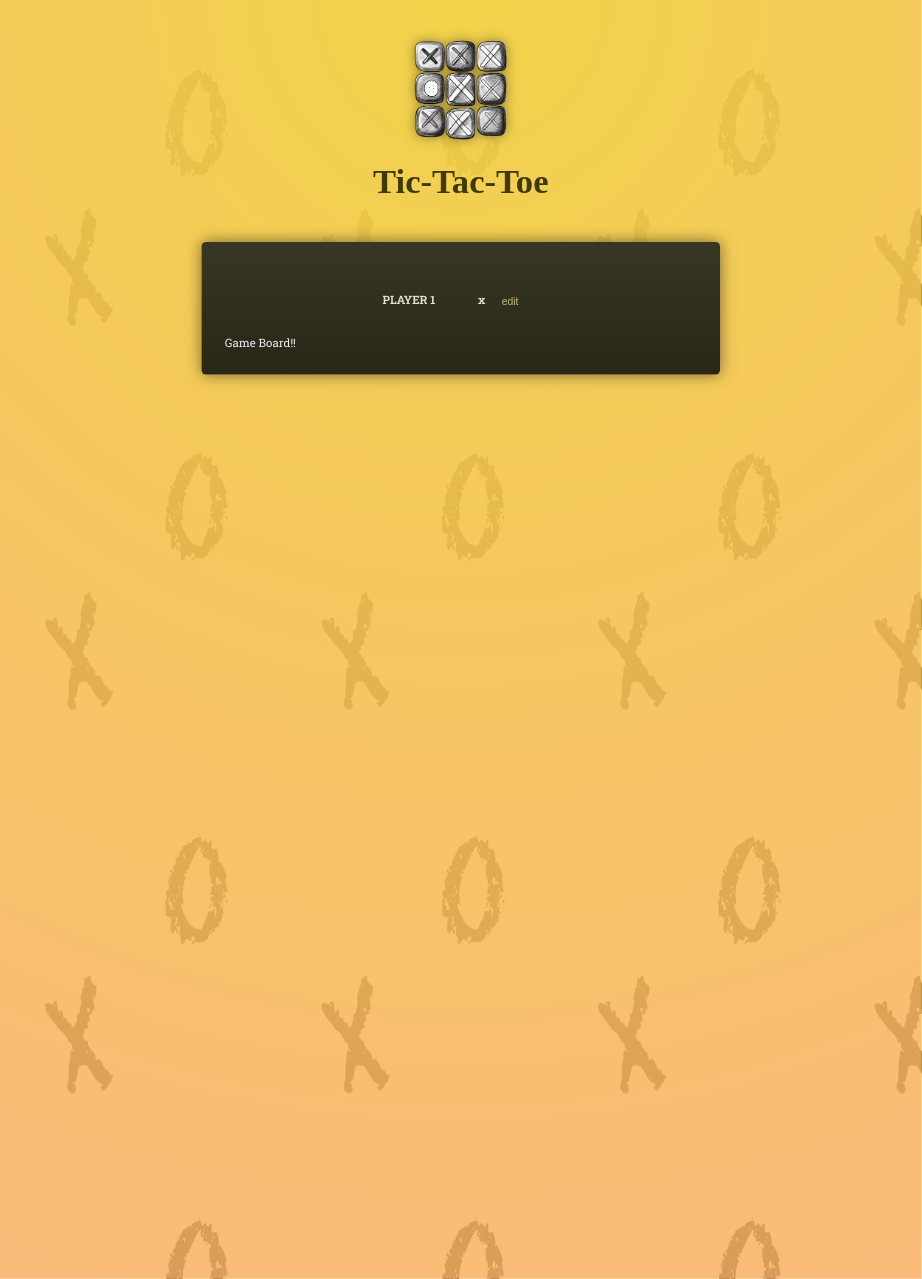
Repository: PrateekSahu9808/Tic_tac__toe_game
Page: /
The author's editor kept a copy of each file at every save. The page is drawn from the files as they stood at one save, then again after a run of saves.
The browser window is 1280 px wide. The pictures show the whole page, at 72% of full size.
Some web fonts or font styles are not loaded; a fallback is used. The project was rebuilt for these pictures with package versions that can differ from the ones it lists, and the page was loaded fresh each time. Also part of the build but not shown: vite.config.js.

Above is the page before, as saved 2024-04-16 00:01:32.

After the next 4 saves:
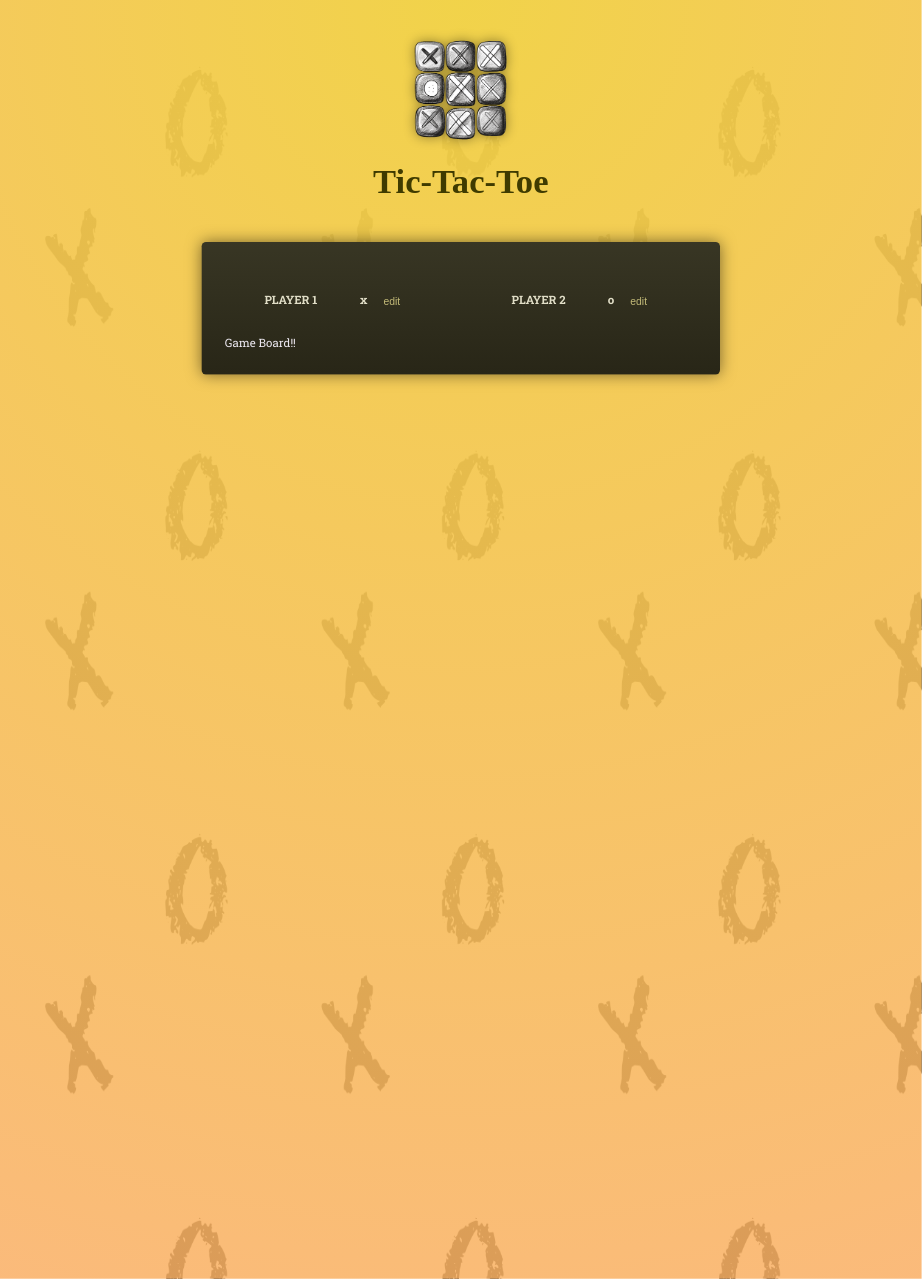
The 4 saves are shown as one change because they came seconds apart.
The last was saved 11 s later.
--- a/src/App.jsx
+++ b/src/App.jsx
@@ -6,6 +6,7 @@ function App() {
       <div id="game-container">
         <ol id="players">
           <Player name="Player 1" symbol="x" />
+          <Player name="Player 2" symbol="o" />
         </ol>
         Game Board!!
       </div>
